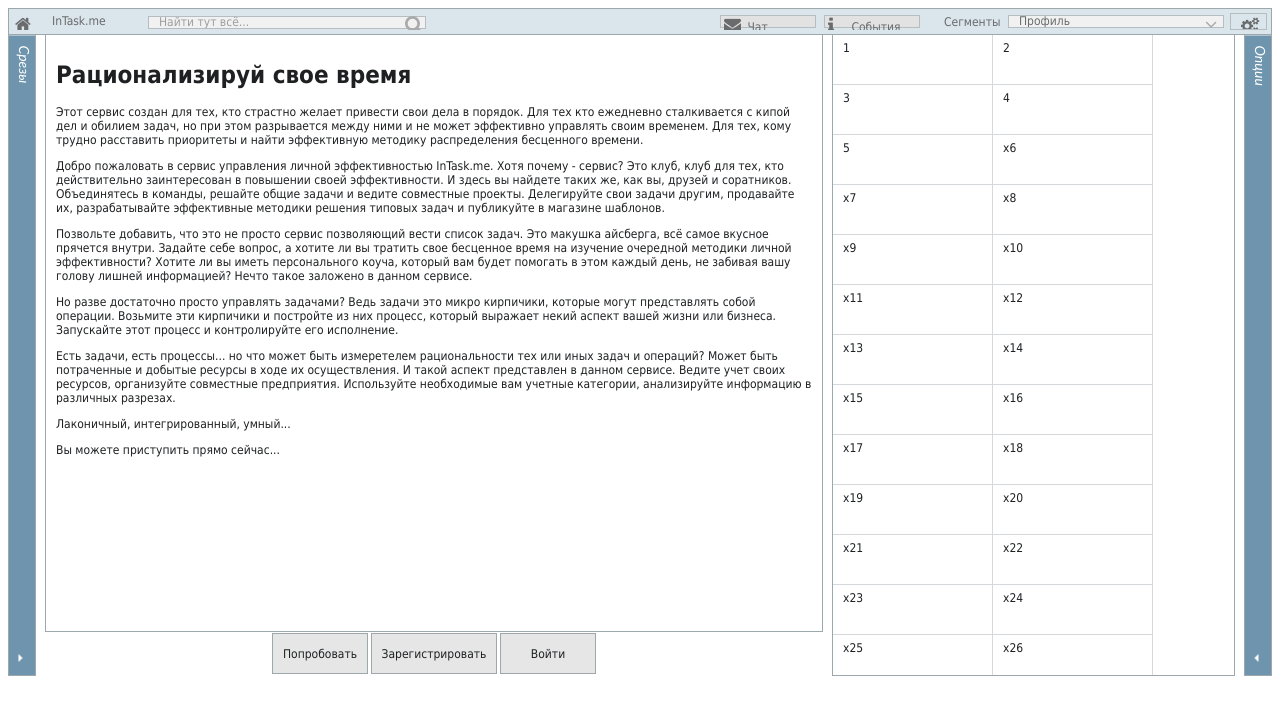
Repository: Startdoid/fnsc
Page: client/index.html
The author's editor kept a record of every edit. The page is drawn from the files as they stood at one moment, then again after the next edit.
The browser window is 1280 px wide. The pictures show the whole page.
The page's requests for data from a server got no answer.

Above is the page before.

### client/index.html
<!doctype html>
<html>
  <head>
    <meta content="charset=UTF-8" />
    <link rel="stylesheet" type="text/css" href="css/style.css" />
    <title>InTask.me</title>

    <script type="text/javascript" src="js/jquery.min.js"></script>
		<script type="text/javascript" src="js/underscore.js"></script>
		<script type="text/javascript" src="js/backbone.js"></script>

    <script type="text/javascript" src="codebase/webix_debug.js" charset="utf-8"></script>
    <link href="codebase/skins/web.css" rel="stylesheet" type="text/css">

    <script type="text/javascript" src="js/main.js"></script>
  </head>

  <style>
  	div.friend_avatar {
		  width: 120px;
		  float: left;
	  }
	 	div.friend_avatar img {
	  	border: none;
	  }

  	div.friend_info span {
  		display: block;
  		width: 64px;
  		font-weight: bold;
  		float: left;
  	}
  	.friend_info, .friend_avatar {
  		padding:8px;
  		line-height: 21px;
  	}
  	.mainSelector .webix_list_item {
	    line-height:50px;
    }
    .bless {
      border: none;
    }
  </style>

  <body>
		<div id="masterframe"></div>
		<div id="headerframe"></div>
		<div id="greetingframe"></div>
		<div id="centralframe"></div>
		<div id="registerframe"></div>
		<div id="loginframe"></div>
		<div id="userframe"></div>
		<div id="leftframe" style='width:20%'></div>
		<div id="rightframe" style='width:20%'></div>

		<div id="sliceframe" style='width:20%'></div>

		<div id="slicegroupsframe"></div>
		<div id="gridgroupsframe"></div>
		<div id="sliceusersframe"></div>
		<div id="sliceprojectsframe"></div>
		<div id="inslicegroups"></div>
		<div id="slicetagsframe"></div>

		<div id="userframe_profile_friendlist"></div>

		<div id="loginForm"></div>

		<div id="friendlist_template" style='display:none'>
  		<div class='friend_avatar'>
  			<img src='img/avatars/#img#'/>
  		</div>
  		<div class='friend_info'>
  			<div><span>Name:</span>#name#</div>
  			<div><span>Email:</span>#email#</div>
  		</div>
  	</div>

    <script type="text/javascript" charset="utf-8">
      var webix = window.webix;
	    window.App = {
	      //user
  	    Frame:      {},//webix cfg frame
        Models:     {},//backbone models
        WebixViews: {},//webix views in views dir with
        Views:      {},//backbone views in views dir
        Collections:{},//backbone collections in collection dir
        Trees:      {},
        WinSize:    {pageWidth:0, pageHeight:0, windowWidth:0, windowHeight:0}
       // Routes:     {} //backbone routes in main.js
      };

      window.App.GetWinSize = function() {
        var xScroll, yScroll;
        if (window.innerHeight && window.scrollMaxY) {
          xScroll = document.body.scrollWidth;
          yScroll = window.innerHeight + window.scrollMaxY;
        } else if (document.body.scrollHeight > document.body.offsetHeight){ // all but Explorer Mac
          xScroll = document.body.scrollWidth;
          yScroll = document.body.scrollHeight;
        } else if (document.documentElement && document.documentElement.scrollHeight > document.documentElement.offsetHeight){ // Explorer 6 strict mode
          xScroll = document.documentElement.scrollWidth;
          yScroll = document.documentElement.scrollHeight;
        } else { // Explorer Mac...would also work in Mozilla and Safari
          xScroll = document.body.offsetWidth;
          yScroll = document.body.offsetHeight;
        }

        var windowWidth, windowHeight;
        if (window.self.innerHeight) { // all except Explorer
          windowWidth = window.self.innerWidth;
          windowHeight = window.self.innerHeight;
        } else if (document.documentElement && document.documentElement.clientHeight) { // Explorer 6 Strict Mode
          windowWidth = document.documentElement.clientWidth;
          windowHeight = document.documentElement.clientHeight;
        } else if (document.body) { // other Explorers
          windowWidth = document.body.clientWidth;
          windowHeight = document.body.clientHeight;
        }

        var pageHeight, pageWidth;
        // for small pages with total height less then height of the viewport
        if(yScroll < windowHeight){
          pageHeight = windowHeight;
        } else {
          pageHeight = yScroll;
        }

        // for small pages with total width less then width of the viewport
        if(xScroll < windowWidth){
          pageWidth = windowWidth;
        } else {
          pageWidth = xScroll;
        }

        window.App.WinSize = { 'pageWidth':pageWidth, 'pageHeight':pageHeight, 'windowWidth':windowWidth, 'windowHeight':windowHeight };
      }();

      webix.ui.fullScreen();
			webix.ready(implementFunction);
    </script>
    <script type="text/javascript" src='js/models/task.js'></script>
    <script type="text/javascript" src='js/models/user.js'></script>
    <script type="text/javascript" src='js/models/group.js'></script>
    <script type="text/javascript" src='js/collections/tasks.js'></script>
    <script type="text/javascript" src='js/collections/groups.js'></script>
    <script type="text/javascript" src='js/views/dview.js'></script>
    <script type="text/javascript" src='js/views/wmasterview.js'></script>
  </body>
</html>

### client/js/main.js
//блок, который исполнит вебикс когда все загрузит
var implementFunction = (function() {
  var App = window.App;
  var webix = window.webix;
  var Backbone = window.Backbone;

  var showInterface = function(enable) {
    $$("sliceframe").define("collapsed", !enable);
    if(enable) $$("sliceframe").enable(); else $$("sliceframe").disable();
    $$("sliceframe").refresh();

    $$("optionsframe").define("collapsed", !enable);
    if(enable) $$("optionsframe").enable(); else $$("optionsframe").disable();
    $$("optionsframe").refresh();

    if(enable) $$("headerframe").enable(); else $$("headerframe").disable();
    $$("headerframe").refresh();
  };

  //создадим экземпляр бакбоновского роутера, который будет управлять навигацией на сайте
	App.Router = new (Backbone.Router.extend({
	  //слева роут, косая в скобках означает, что роут может быть как с косой чертой на конце, так и без нее
	  //справа функция, которая вызовется для соответствующего роута
		routes:{
			"login(/)":"login",
			"logout(/)":"logout",
			"register(/)":"register",
			"groups(/)":"groups",
			"tasks(/)":"tasks",
			"users(/)":"users",
			'home(/)':"home",
			'':"index"
		},
		//home выбрасывает в корень
		home:function() {
		  this.navigate('', {trigger: true});
		},
		//корень приложения
		index:function() {
		  if(App.User.get('id') === 0) {
        var promise = webix.ajax().get('api/logged', {}, function(text, data) {
          App.User.set('usrLogged', data.json().usrLogged);
          App.User.set('id', data.json().id);
          interfaceSelector();
	      });

        promise.then(function(realdata){}).fail(function(err) {
          connectionErrorShow(err);
        });
		  } else {
		    interfaceSelector();
		  }
		},
		groups:function() {
		  this.navigate('', {trigger: true});
		},
		tasks:function() {
		  this.navigate('', {trigger: true});
		},
		users:function() {
		  this.navigate('', {trigger: true});
		},
		login:function() {
      showInterface(false);
	    $$('loginframe').show();
		},
		logout:function() {
      var promise = webix.ajax().put("api/logout", { id: App.User.id });

      promise.then(function(realdata) {
        defaultState();
        App.Router.navigate('', {trigger: true});
      }).fail(function(err){
        connectionErrorShow(err);
      });
		},
		register:function() {
	    //Меняем окно приветствия, на окно регистрации
      showInterface(false);
	    $$('registerframe').show();
		}
	}))();

	//***************************************************************************
	//AFTER FETCH FUNCTIONs
  var showUserDataAfterFetch = function(User, response, options) {
    showInterface(true);

    $$('userframe').show();
    $$("userframe").hideProgress();

    $$("optionsframe_views_userprofile").show();

    App.Collections.Groups.fetch({ success: showGroupDataAfterFetch });
  };

  var showGroupDataAfterFetch = function(Groups, response, options) {
    App.Trees.GroupTree.treeBuild(App.Collections.Groups.models);

    $$('ingrid_groupframe').load('GroupData->load');
    $$('slicegroups').load('GroupData->load');
  };

  var showTaskDataAfterFetch = function(Tasks, response, options) {
    App.Trees.TaskTree.treeBuild(App.Collections.Tasks.models);

    $$('ingrid_taskframe').load('TaskData->load'); //!!!!!!!!!!!!!!!!!!!!!
  };

  //***************************************************************************
  //INTERFACE MANIPULATION
  var interfaceSelector = function() {
    //если пользователь залогинился
  	if(App.User.get('usrLogged')) {
  	  //Отрисовка интерфейса в зависимости от выбранного сегмента
  	  showInterface(true);
  	  switch(App.User.get('thisSegment')) {
        case 'users':
       	  $$("userframe").showProgress({
            type:"icon",
            delay:500
          });

          App.User.url = '/api/users/' + App.User.get('id');
          App.User.fetch({ success: showUserDataAfterFetch });

          break;
        case 'groups':
          App.Collections.Groups.fetch({ success: showGroupDataAfterFetch });
          $$('groupframe').show();
          break;
        case 'tasks':
          App.Collections.Tasks.fetch({ success: showTaskDataAfterFetch });
          $$('taskframe').show();
          break;
        case 'templates':
          // code
          break;
        case 'finances':
          break;
        case 'process':
          // code
          break;
        case 'files':
          // code
          break;
        case 'notes':
          // code
          break;
  	  }
  	} else {
  	  showInterface(false);
  	  $$('greetingframe').show();
  	} //if(App.User.usrLogged)
  };

  var connectionErrorShow = function(err) {
    if(err.status === 434) {
      defaultState();
      App.Router.navigate('', {trigger: true});
    }
    webix.message({type:"error", text:err.responseText});
  };

  //***************************************************************************
  //INIT FUNCTIONs
  var UserModelInit = function() {
    //Инициализируем глобальный объект пользователя со всеми настройками приложения
  	App.User = new App.Models.User();

  	//Привязываем события которые будут обрабатываться User model
  	App.User.on('change:thisSegment', function() {
  	});

  	App.User.on('change:thisTry', function() {
  	  //App.Router.navigate('home', {trigger:true} );
  	});

  	App.User.on('change:this_ingrid_groupframe_ItemSelected', function() {
  	  //console.log(App.User.get('this_ingrid_groupframe_ItemSelected') + " item select");
  	});
  };

  var GroupModelInit = function() {
  	App.Trees.GroupTree = new treeManager();

  	App.Collections.Groups = new collectionGroups();

  	App.Collections.Groups.on('add', function(grp) {
  	  App.Trees.GroupTree.treeAdd(grp);
  	});

  	App.Collections.Groups.on('remove', function(ind) {
  	  App.Trees.GroupTree.treeRemove(ind);
  	});

    App.Collections.Groups.on('change', function(model, options) {
      App.Trees.GroupTree.treeChange(model);
      model.save();
    });

    App.Collections.Groups.on('move', function(currentPosId, newPosId, parentId) {
      App.Trees.GroupTree.move(currentPosId, newPosId, parentId);
    });
  };

  var TaskModelInit = function() {
    App.Trees.TaskTree = new treeManager();

    App.Collections.Tasks = new collectionTasks();

    App.Collections.Tasks.on('add', function(tsk) {
      App.Trees.TaskTree.treeAdd(tsk);
    });

  	App.Collections.Tasks.on('remove', function(ind) {
  	  App.Trees.TaskTree.treeRemove(ind);
  	});

    App.Collections.Tasks.on('change', function(model, options) {
      App.Trees.TaskTree.treeChange(model);
      model.save();
    });

    App.Collections.Tasks.on('move', function(currentPosId, newPosId, parentId) {
      App.Trees.TaskTree.move(currentPosId, newPosId, parentId);
    });
  };

  var defaultState = function() {
    delete App.User;
    UserModelInit();

    delete App.Trees.GroupTree;
    delete App.Collections.Groups;
    GroupModelInit();

    delete App.Trees.TaskTree;
    delete App.Collections.Tasks;
    TaskModelInit();

    $$('ingrid_taskframe').clearAll();

    $$('ingrid_groupframe').clearAll();
    $$('slicegroups').clearAll();

    $$('mnuSegments').setValue(1);
  };

  //***************************************************************************
  //TREE MANAGER
  //объект организует работу с деревьями, для того что бы линейную бэкбоновскую коллекцию
  //разворачивать в древовидную структуру и выводить в webix-овые вьюхи
	var treeManager = function (collection) {
	  //древовидный массив
	  var tree = [];
	  var views = [];

    //рекурсивный перебор
    var treeRecursively = function(branch, list) {
      if (typeof branch === 'undefined') return null;
      var tr = [];
      for(var i=0; i<branch.length; i++)
      {
          branch[i].data = treeRecursively(list[ branch[i].id ], list);
          tr.push(branch[i]);
      }
      return tr;
    };

    //функция рекурсивного обхода дерева, корень дерева представлен, как branch
    //ветка дерева содержится в массиве data корня branch т.е. branch->data[branch->data[branch->data]] и т.д.
    var recursively = function(branch, element, oper) {
      //проверка на то что корень является данными типа - объект
      if (typeof branch === 'undefined') return false;
      //проверка на то что корень не обнулен
      if (branch === null) return false;

      //Если родитель корневой элемент, то добавим в корень
      if ((oper === 'add') && (element.parent_id === 0)) {
        branch.push(element);
        return true;
      }

      for (var i = 0; i<branch.length; i++) {
        if (branch[i] === null) continue;

        if (oper === 'add') {
          if (element.parent_id === branch[i].id) {
            if ((branch[i].data === null) || (typeof branch[i].data === 'undefined')) {
              branch[i].data = [];
            }
            branch[i].data.push(element);
            return true;
          } else {
            if(recursively(branch[i].data, element, oper)) { return true }
          }
        } else {
          if (element.id === branch[i].id) {
            //var deletedElements = this.models.splice(delElementIndex, 1); ПОПРОБУЙ
            branch[i] = null;
            //delete branch[i];
            return true;
          }
          else
          {
            if(recursively(branch[i].data, element, oper)) { return true }
          }
        }
      }
    };

    this.treeBuild = function(collection) {
	    //преобразуем в линейный массив бэкбоновскую коллекцию (разворачиваем атрибуты объекта)
      var maplist = collection.map(function(object) { return object.attributes });
      if(maplist.length > 0) {
        //сгруппируем элементы массива по родителю
        var list = _.groupBy(maplist, 'parent_id');
        //рекурсивно перебирая сгруппированный массив построим дерево
        tree = treeRecursively(list[0], list);
      } else {
        tree = [];
      }
    };

    //добавление элемента в дерево, автоматическое обновление элементов во вьюхах из массива views
    this.treeAdd = function(element) {
      var result = recursively(tree, webix.copy(element.attributes), 'add');
      if(result) {
        //var currentItem = views[0].getItem(element.attributes.parent_id);
        //views[0].data.sync(tree);
        for (var i = views.length; i--; ) {
          //var insertIndex = tree.getIndexById(element.attributes.parent_id);
          views[i].add(webix.copy(element.attributes), -1, element.attributes.parent_id);
          views[i].refresh();
        }
      }
    };

    this.treeRemove = function(element) {
      var result = recursively(tree, element.attributes, 'delete');
      if(result) {
        for (var i = views.length; i--; ) {
          views[i].remove(element.attributes.id);
          views[i].refresh();
        }
      }
    };

    this.treeChange = function(element) {
      for (var i = views.length; i--; ) {
        var record = views[i].getItem(element.get('id'));
        var chgAtr = element.changedAttributes();
        var keysArr = _.keys(chgAtr);
        var valuesArr = _.values(chgAtr);
        for (var j = keysArr.length; j--; ) {
          record[keysArr[j]] = valuesArr[j];
        }
        views[i].refresh();
      }
    };

    this.move = function(currentPosId, newPosId, parentId) {
      for (var i = views.length; i--; ) {
        //var newPosIndex = views[i].getBranchIndex(newPosId, views[i].getParentId(newPosId));
        //views[i].move(currentPosId, newPosIndex, null, { parent: views[i].getParentId(newPosId) });
        //views[i].refresh();
        var newPosIndex = views[i].getBranchIndex(newPosId, parentId);
        views[i].move(currentPosId, newPosIndex, null, { parent: parentId });
        views[i].refresh();
      }
    };

    //добавление вьюхи в массив для датабиндинга
    this.viewsAdd = function(view) {
      if (typeof view === 'object')
      {
        //добавим в массив, если нет такой
        if(views.indexOf(view) === -1) {
          views.push(view);

          //обновим вновь добавленную информ��цией из дерева
          view.clearAll();
          view.parse(JSON.stringify(tree));
        }
      }
    };

    //удаление вьюхи из массива датабиндинга
    this.viewsDelete = function(view) {
      console.log('view delete');
    };

    //если при создании объекта передан не пустой параметр, то формируется дерево
	  if (typeof collection !== 'undefined')
	  {
	    this.treeBuild(collection);
	  }
  };

  //_.extend(App.Collections.Groups, Backbone.Events);
  UserModelInit();
  GroupModelInit();
  TaskModelInit();

// var userframe_profile_friendlist = {
//   view:"dataview", id:"userframe_profile_friendlist",container:"userframe_profile_friendlist",select:1,
// 	width:300, minHeight:App.WinSize.windowHeight / 100 * 85, autoheight:false,
// 	borderless:false, scroll:'y', yCount:9, xCount:1,
// 	type:{ height: 80, width:300 },
// 	template:"html->friendlist_template",
//   url:'api/userlist',
//   on: {
//     'onScroll': function(pos)
//     {
//       webix.message(pos);
//     }
//   }
// };

webix.proxy.UserListData = {
  $proxy: true,
	load: function(view, callback, details) {
		console.log(details)
		if (details){
			var data = [];
			for (var i=0; i<details.count; i++)
				data.push("x"+(i+1+details.from));

		  	//need to be async
				webix.delay(function() {
					webix.ajax.$callback(view, callback, {
						pos:details.from,
						data:data
					});
				});
		} else {
			webix.ajax.$callback(view, callback, {
				total_count:200,
				data:["1","2","3","4","5"]
			});
		}
	}
};

var userframe_profile_friendlist = {
  id:"userframe_profile_friendlist",
	container:"userframe_profile_friendlist",
	view:"dataview",
	select:1,
	autowidth:true,
	//type:{template:"{common.space()}"},
	url:webix.proxy.UserListData
};


  //вебикс конфигурация основного окна загруженная в экземпляр объекта вебиксового менеджера окон
  //описание внизу модуля
  var masterframe = new webix.ui({
    id:"masterframe",
    container:"masterframe",
    //minHeight:App.WinSize.windowHeight / 100 * 95,
    autoheight:true,
    autowidth:true,
    cols:[{
    rows:[App.Frame.headerframe,
      {cols:[App.Frame.sliceframe, App.Frame.centralframe, userframe_profile_friendlist, App.Frame.optionsframe]}
    ]
    }]
  });
  webix.extend($$("userframe"), webix.ProgressBar);

  $$("userframe_profile_friendlist").attachEvent("onScrollY", function(pos){
            var state = $$('userframe_profile_friendlist').getScrollState();
            webix.message("The scroll coordinates: ["+state.x+","+state.y+"]");
});

  $$('ingrid_groupframe').attachEvent('onAfterEditStart', function(id) {
    App.User.set('this_ingrid_groupframe_ItemEdited', id);
  });

  $$('ingrid_groupframe').attachEvent('onAfterEditStop', function(state, editor, ignoreUpdate) {
    var ItemEdited = App.User.get('this_ingrid_groupframe_ItemEdited');
    var ItemSelected = App.User.get('this_ingrid_groupframe_ItemSelected');
    if (editor.column === 'name') {
      if(ItemEdited != ItemSelected) {
        this.getItem(ItemEdited).name = state.old;
        this.updateItem(ItemEdited);
        App.User.set('this_ingrid_groupframe_ItemEdited', null);
      } else {
        var selectGroup = App.Collections.Groups.get(App.User.get('this_ingrid_groupframe_ItemEdited'));
        selectGroup.set({ 'name': state.value });
      }
    }
  });

  $$('ingrid_taskframe').attachEvent('onAfterEditStart', function(id) {
    App.User.set('this_ingrid_taskframe_ItemEdited', id);
  });

  $$('ingrid_taskframe').attachEvent('onAfterEditStop', function(state, editor, ignoreUpdate) {
    var ItemEdited = App.User.get('this_ingrid_taskframe_ItemEdited');
    var ItemSelected = App.User.get('this_ingrid_taskframe_ItemSelected');
    if (editor.column === 'name') {
      if(ItemEdited != ItemSelected) {
        this.getItem(ItemEdited).name = state.old;
        this.updateItem(ItemEdited);
        App.User.set('this_ingrid_taskframe_ItemEdited', null);
      } else {
        var selectTask = App.Collections.Tasks.get(App.User.get('this_ingrid_taskframe_ItemEdited'));
        selectTask.set({ 'name': state.value });
      }
    }
  });
  showInterface(false);

  webix.i18n.parseFormatDate = webix.Date.strToDate("%m/%d/%Y");
  webix.event(window, "resize", function() { masterframe.adjust(); });
  Backbone.history.start({pushState: true, root: "/"});
});

//(frame)(id)(view)
//masterframe|
//->headerframe||toolbar
// ->btnHome|btnHome|button
// ->lblInTask|lblInTask|label
// ->searchMaster||search
// ->btnChat||toggle-iconButton
// ->btnEvents||toggle-iconButton
// ->mnuSegments||richselect
// ->btnSettings|btnSettings|button
//->sliceframe|sliceframe|accordion
// ->slicegroups|slicegroups|tree
// ->sliceusers|sliceusers|tree
// ->sliceprojects|sliceprojects|tree
// ->slicecategory|slicecategory|tree
// ->slicetags|slicetags|tree
//[ container:'centralframe' - в контейнере замещаются фреймы
//->greetingframe|greetingframe|
// ->||htmlform|http->greeting.html
// ->|btnTry|button
// ->|btnRegister|button
// ->|btnLogin|button
//->groupframe|groupframe|tabview
// ->|mygroups_groupframe|
//  ->grouptoolframe|grouptoolframe|toolbar
//   ->||button
//   ->||button
//  ->ingrid_groupframe|ingrid_groupframe|treetable
// ->|communitygroups_groupframe|
//  ->grouptoolframe|grouptoolframe|toolbar
//   ->||button
//   ->||button
//  ->
//]
//->optionsframe|optionsframe|accordion

//throw new TypeError('Array.prototype.some called on null or undefined')

//$$('tree').move("a13", null, null, { parent: "new parent id" });

//console.log(masterframe.getChildViews()[1].getChildViews()23);
//console.log(top.getChildViews()[1]);
//webix.ui( App.Frame.workframe, $$('masterframe'), top.getChildViews()[1].getChildViews()[1]);

//$$("mylist").attachEvent("onAfterSelect", function(id){
  //Router.navigate("films/"+id, { trigger:true });
//});

  //App.Collections.SliceGroups = new collectionGroups();
	//App.Collections.SliceGroups.fetch();
	//if(App.Collections.SliceGroups.length === 0) {
    //addDefaultGroupsModel();
	//} else {
	//  var defaultModels = App.Collections.SliceGroups.where({name: 'Default'});
	//  if(defaultModels.length === 0) {
	//    addDefaultGroupsModel();
	//  }
	//};

Loaded but not shown: client/js/jquery.min.js (library); client/codebase/webix_debug.js (library); client/js/backbone.js (1608 lines, source omitted); client/js/underscore.js (1416 lines, source omitted); client/js/views/wmasterview.js (861 lines, source omitted); client/js/collections/groups.js (153 lines, source omitted); client/js/collections/tasks.js (151 lines, source omitted); client/js/models/group.js (22 lines, source omitted); client/js/models/user.js (12 lines, source omitted); client/js/models/task.js (10 lines, source omitted); client/codebase/skins/web.css (1153 lines, source omitted); client/greeting.html (27 lines, source omitted); client/js/views/dview.js (no copy from this time; the picture is the same without it); client/css/style.css (no copy from this time; the picture is the same without it)

After the next edit:
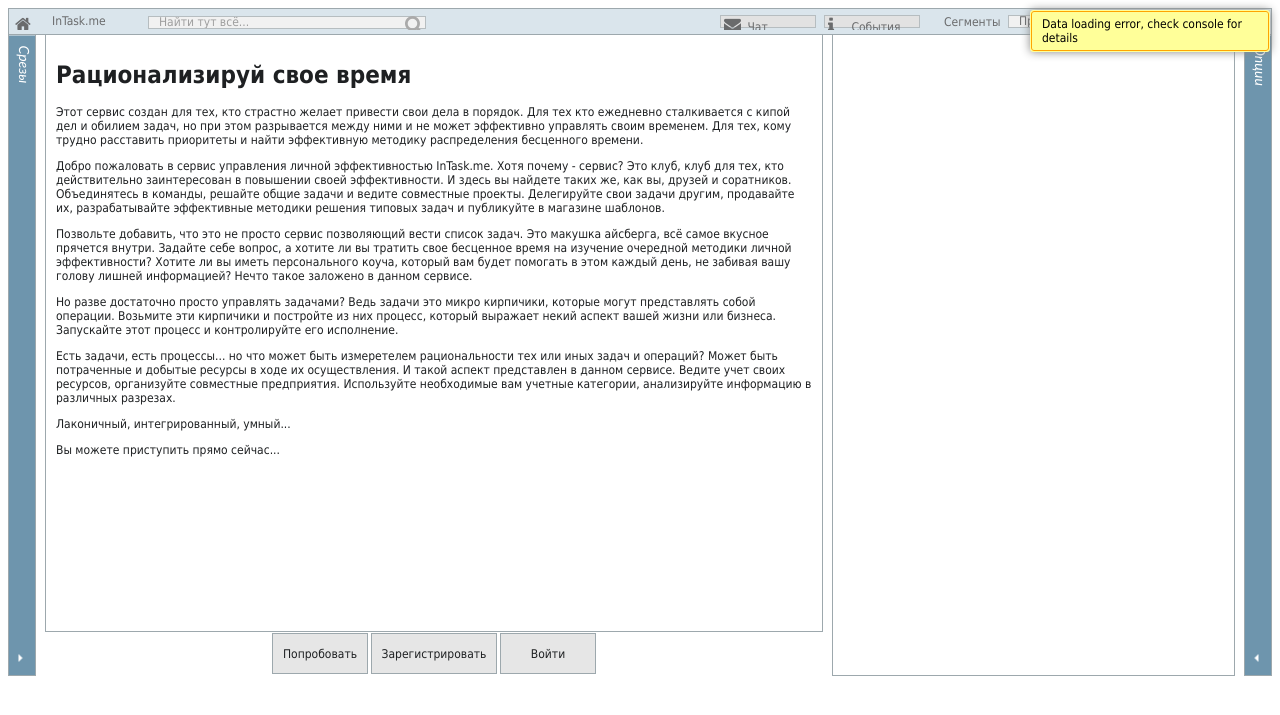
Console error (its wording comes from the project's code and is left out).
The edit:
--- a/client/js/main.js
+++ b/client/js/main.js
@@ -450,7 +450,7 @@
 	select:1,
 	autowidth:true,
 	//type:{template:"{common.space()}"},
-	url:webix.proxy.UserListData
+	url:["1","2","3"]
 };
 
 
